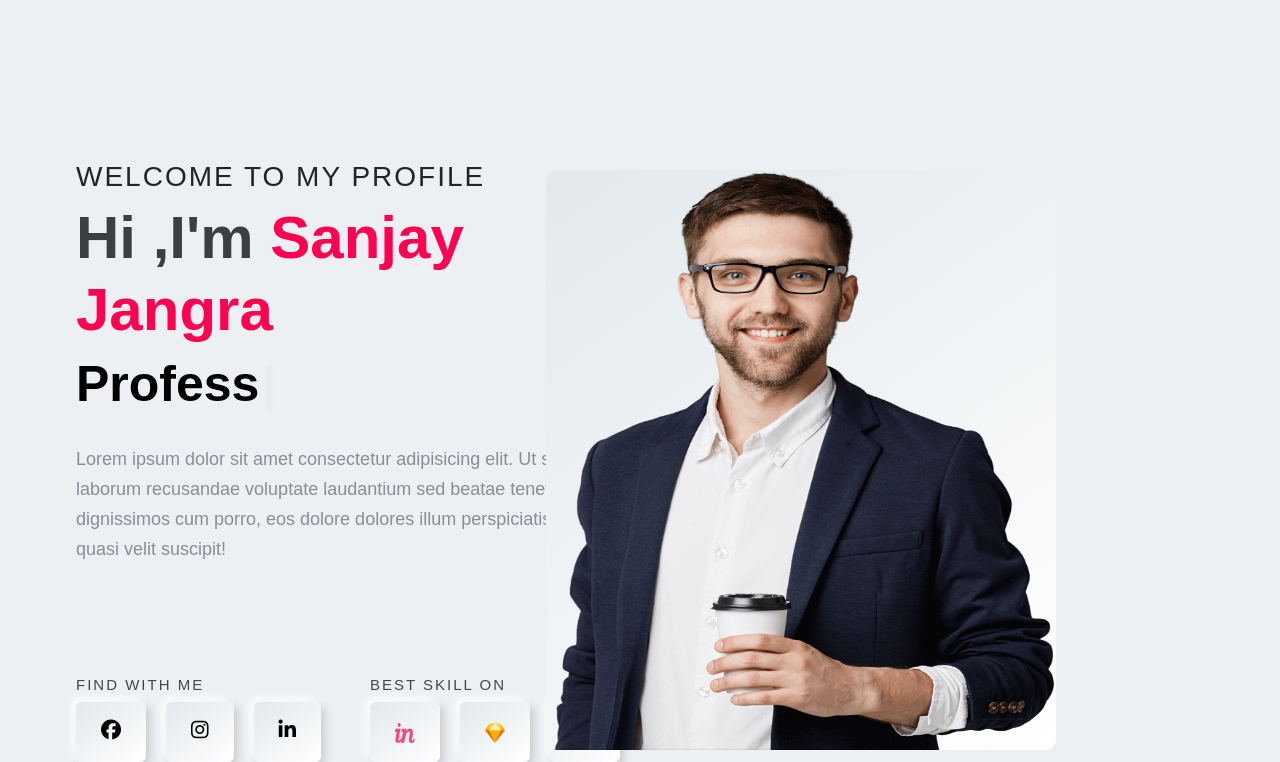
Repository: Sanjayjangra88/PortFolio
Page: /
An editor plug-in stored every save of this project. The page is shown before and after the next save, followed by the edit.
The browser window is 1280 px wide. The pictures show the whole page.
Some web libraries are served in a nearby version. The project was rebuilt for these pictures with package versions that can differ from the ones it lists, and the page was loaded fresh each time. Also part of the build but not shown: src/Components/Header/Header.jsx.

Above is the page before, as saved 2022-09-10 21:28:14.

### public/index.html
<!DOCTYPE html>
<html lang="en">
  <head>
    <meta charset="utf-8" />
    <link rel="icon" href="%PUBLIC_URL%/favicon.ico" />
    <meta name="viewport" content="width=device-width, initial-scale=1" />
    <meta name="theme-color" content="#000000" />
    <meta
      name="description"
      content="Web site created using create-react-app"
    />
    <link rel="apple-touch-icon" href="%PUBLIC_URL%/logo192.png" />
    <!--
      manifest.json provides metadata used when your web app is installed on a
      user's mobile device or desktop. See https://developers.google.com/web/fundamentals/web-app-manifest/
    -->
    <link rel="manifest" href="%PUBLIC_URL%/manifest.json" />
    <link rel="stylesheet" href="https://cdnjs.cloudflare.com/ajax/libs/font-awesome/6.1.1/css/all.min.css" integrity="sha512-KfkfwYDsLkIlwQp6LFnl8zNdLGxu9YAA1QvwINks4PhcElQSvqcyVLLD9aMhXd13uQjoXtEKNosOWaZqXgel0g==" crossorigin="anonymous" referrerpolicy="no-referrer" />

    <!--
      Notice the use of %PUBLIC_URL% in the tags above.
      It will be replaced with the URL of the `public` folder during the build.
      Only files inside the `public` folder can be referenced from the HTML.

      Unlike "/favicon.ico" or "favicon.ico", "%PUBLIC_URL%/favicon.ico" will
      work correctly both with client-side routing and a non-root public URL.
      Learn how to configure a non-root public URL by running `npm run build`.
    -->

    <link rel="manifest" href="%PUBLIC_URL%/manifest.json" />
    <link href="https://cdn.jsdelivr.net/npm/bootstrap@5.0.2/dist/css/bootstrap.min.css" rel="stylesheet" integrity="sha384-EVSTQN3/azprG1Anm3QDgpJLIm9Nao0Yz1ztcQTwFspd3yD65VohhpuuCOmLASjC" crossorigin="anonymous">
    <title>React App</title>
  </head>
  <body>
    <noscript>You need to enable JavaScript to run this app.</noscript>
    <div id="root"></div>
    <script src="https://kit.fontawesome.com/7578c5a215.js" crossorigin="anonymous"></script>
    <!--
      This HTML file is a template.
      If you open it directly in the browser, you will see an empty page.

      You can add webfonts, meta tags, or analytics to this file.
      The build step will place the bundled scripts into the <body> tag.

      To begin the development, run `npm start` or `yarn start`.
      To create a production bundle, use `npm run build` or `yarn build`.
    -->

    <script src="https://cdn.jsdelivr.net/npm/@popperjs/core@2.9.2/dist/umd/popper.min.js" integrity="sha384-IQsoLXl5PILFhosVNubq5LC7Qb9DXgDA9i+tQ8Zj3iwWAwPtgFTxbJ8NT4GN1R8p" crossorigin="anonymous"></script>
<script src="https://cdn.jsdelivr.net/npm/bootstrap@5.0.2/dist/js/bootstrap.min.js" integrity="sha384-cVKIPhGWiC2Al4u+LWgxfKTRIcfu0JTxR+EQDz/bgldoEyl4H0zUF0QKbrJ0EcQF" crossorigin="anonymous"></script>
  </body>
</html>

### src/App.js
import React from 'react'
import Header from './Components/Header/Header';
import "./App.css"
import Home from './Components/Home/Home';
const App = () => {
  return (
    <>
      {/* <Header/> */}
      <Home/>
    </>
  )
}

export default App

### src/App.css
@import url('https://fonts.googleapis.com/css2?family=Dancing+Script&family=EB+Garamond:ital,wght@1,500&family=Roboto+Slab:wght@300&display=swap');
* {
  padding: 0;
  margin: 0;
  box-sizing: border-box;
}
html {
  scroll-behavior: smooth;
}
body {
  font-family: "Poppins", sans-serif;
  background-color: #ecf0f3;
}
.container {
  max-width: 95%;
  margin: auto;
}
.d_flex {
  display: flex;
  justify-content: space-between;
}
.f_flex {
  display: flex;
}
a {
  text-decoration: none;
  color: black;
}
li {
  list-style: none;
}
.uppercase {
  text-transform: uppercase;
}
.capitalize {
  text-transform: capitalize;
}

button {
  border: none;
  outline: none;
  background-color: none;
}

.btn_shadow {
  padding: 18px 25px;
  border-radius: 6px;
  transition: 0.3s all ease;
  cursor: pointer;
  color: #000;
  transition: 0.5s;
}
.btn_shadow {
  background: linear-gradient(145deg, #e2e8ec, #ffffff);
  box-shadow: 4px 4px 8px #cbcbcb, -4px -4px 8px #ffffff;
}
.btn_shadow:hover {
  background: #ff014f;
  color: white;
  transform: translateY(-10px);
}
.box_shodow {
  background: linear-gradient(145deg, #e2e8ec, #ffffff);
  box-shadow: 4px 4px 8px #cbcbcb, -4px -4px 8px #ffffff;
  border-radius: 10px;
}
.row,
.left,
.right {
  width: 50%;
}
.top {
  margin-top: 80px;
}
.mtop {
  margin-top: 40px;
}
.heading {
  margin: 50px 0 50px 0;
}
.heading h4 {
  color: #ff014f;
  letter-spacing: 2px;
  font-weight: 400;
}
.heading h1 {
  font-size: 60px;
  color: #3c3e41;
}
h1 {
  color: #3c3e41;
}
.grid {
  display: grid;
  grid-template-columns: repeat(3, 1fr);
  grid-gap: 35px;
}
p {
  color: #3c3e41;
}
.text-center {
  text-align: center;
}
.primary_color {
  color: #ff014f;
}
textarea,
input {
  width: 100%;
  padding: 20px;
  border-radius: 5px;
  outline: none;
  border: 3px solid #e2e8ec;
  margin-bottom: 20px;
}
/*----------Footer---------*/
footer {
  margin: 20% 0 10% 0;
}
footer p {
  margin-top: 30px;
}
/*----------Footer---------*/
@media (max-width: 768px) {
  .grid {
    grid-template-columns: repeat(2, 1fr);
  }
  .left,
  .right {
    width: 100%;
  }
  }

### src/Components/Home/Home.jsx
import React from 'react'
import skill1 from '../Pic/skill1.png'
import skill2 from '../Pic/skill2.png'
import skill3 from '../Pic/skill3.png'
import hero from '../Pic/hero.png'
import './home.css'
import { Typewriter} from 'react-simple-typewriter'

const Home = () => {
  return (
    <>
      <section className='hero'id='home'>
        <div className="container f_flex top">
            <div className="left top">
                <h3>WELCOME TO MY PROFILE</h3>
                <h1>Hi ,I'm <span>Sanjay Jangra</span></h1>
                <h2>
                    <span>
                    <Typewriter
            words={['Web Developer', 'Professional Coder']}
            loop
            cursor
            cursorStyle='|'
            typeSpeed={70}
            deleteSpeed={50}
            delaySpeed={1000}
            // onLoopDone={handleDone}
            // onType={handleType}
            />
                        </span></h2>
                        <p>
Lorem ipsum dolor sit amet consectetur adipisicing elit. Ut sint a laborum recusandae voluptate laudantium sed beatae tenetur dignissimos cum porro, eos dolore dolores illum perspiciatis. Vero quasi velit suscipit!
                        </p>
                        <div className='hero_btn d_flex'>
                            <div className="col_1">
                                <h4>FIND WITH ME</h4>
                                <div className="button">
                                    <button className='btn_shadow'>
                                        <i className='fab fa-facebook'></i>
                                    </button>
                                    <button className='btn_shadow'>
                                        <i className='fab fa-instagram'></i>
                                    </button>
                                    <button className='btn_shadow'>
                                        <i className='fab fa-linkedin-in'></i>
                                    </button>
                                </div>
                            </div>
                            <div className="col_1">
                                <h4>BEST SKILL ON</h4>
                                <button className='btn_shadow'>
                                        <img src={skill1}alt=''/>
                                    </button>
                                <button className='btn_shadow'>
                                        <img src={skill2}alt=''/>
                                    </button>
                                <button className='btn_shadow'>
                                        <img src={skill3}alt=''/>
                                    </button>
                            </div>
                        </div>
            </div>
            <div className="right">
                <div className="right_img">
                    <img src={hero}alt=''/>
                </div>
            </div>
        </div>
      </section>
    </>
  )
}

export default Home

### src/Components/Header/header.css

*,
*::after,
*::before{
    box-sizing: border-box;
    padding: 0;
    margin: 0;
}

.html{
    font-size: 62.5%;
}

.navbar input[type="checkbox"],
.navbar .hamburger-lines{
    display: none;
}

.container{
    max-width: 1200px;
    width: 90%;
    margin: auto;
}

.navbar{
    box-shadow: 0px 5px 10px 0px #aaa;
    position: fixed;
    width: 100%;
    background: #FAA7B8;
    color: #000;
    opacity: 0.85;
    z-index: 100;
}

.navbar-container{
    display: flex;
    justify-content: space-between;
    height: 64px;
    align-items: center;
}

.menu-items{
    margin-top: 15px;
    order: 2;
    display: flex;
}
.logo{
    order: 1;
    font-size: 2.3rem;
    margin-bottom: 5px;
}

.menu-items li{
    list-style: none;
    margin-left: 1.5rem;
    font-size: 1.3rem;
}

.navbar a{
    color: #444;
    text-decoration: none;
    font-weight: 500;
    transition: color 0.3s ease-in-out;
}

.navbar a:hover{
    color: #117964;
}
.home-btn:hover {
  background: #ff014f;
  color: white;
}


.home-btn {
  padding: 18px 25px;
  height: 1vh;
  line-height: 1vh;
  font-size: 13px;
  border-radius: 6px;
  transition: 0.3s all ease;
  cursor: pointer;
  height: fit-content;
  color: #ff014f;

}
.home-btn {
  background: linear-gradient(145deg, #e2e8ec, #ffffff);
  box-shadow: 4px 4px 8px #cbcbcb, -4px -4px 8px #ffffff;
}
navbar {
  transition: 0.5s;
  font-size: 13px;
  font-weight: 500;
  letter-spacing: 2px;
}





@media (max-width: 900px){
    .navbar{
        opacity: 0.95;
    }

    .navbar-container input[type="checkbox"],
    .navbar-container .hamburger-lines{
        display: block;
    }

    .navbar-container{
        display: block;
        position: relative;
        height: 64px;
    }

    .navbar-container input[type="checkbox"]{
        position: absolute;
        display: block;
        height: 32px;
        width: 30px;
        top: 20px;
        left: 20px;
        z-index: 5;
        opacity: 0;
        cursor: pointer;
    }

    .navbar-container .hamburger-lines{
        display: block;
        height: 28px;
        width: 35px;
        position: absolute;
        top: 20px;
        left: 20px;
        z-index: 2;
        display: flex;
        flex-direction: column;
        justify-content: space-between;
    }

    .navbar-container .hamburger-lines .line{
        display: block;
        height: 4px;
        width: 100%;
        border-radius: 10px;
        background: #333;
    }

    .navbar-container .hamburger-lines .line1{
        transform-origin: 0% 0%;
        transition: transform 0.3s ease-in-out;
    }

    .navbar-container .hamburger-lines .line2{
        transition: transform 0.2s ease-in-out;
    }

    .navbar-container .hamburger-lines .line3{
        transform-origin: 0% 100%;
        transition: transform 0.3s ease-in-out;
    }

    .navbar .menu-items{
        padding-top: 100px;
        background: #fff;
        height: 100vh;
        max-width: 300px;
        transform: translate(-150%);
        display: flex;
        flex-direction: column;
        margin-left: -40px;
        padding-left: 40px;
        transition: transform 0.5s ease-in-out;
        box-shadow:  5px 0px 10px 0px #aaa;
        overflow: scroll;
    }

    .navbar .menu-items li{
        margin-bottom: 1.8rem;
        font-size: 1.1rem;
        font-weight: 500;
    }

    .logo{
        position: absolute;
        top: 10px;
        right: 15px;
        font-size: 2.5rem;

    }

    .navbar-container input[type="checkbox"]:checked ~ .menu-items{
        transform: translateX(0);
    }

    .navbar-container input[type="checkbox"]:checked ~ .hamburger-lines .line1{
        transform: rotate(45deg);
    }

    .navbar-container input[type="checkbox"]:checked ~ .hamburger-lines .line2{
        transform: scaleY(0);
    }

    .navbar-container input[type="checkbox"]:checked ~ .hamburger-lines .line3{
        transform: rotate(-45deg);
    }
    .home-btn:hover {
      background: #ff014f;
      color: white;

    }


    .home-btn {
      padding: 18px 25px;
      height: 1vh;
      line-height: 1vh;
      font-size: 13px;
      border-radius: 6px;
      transition: 0.3s all ease;
      cursor: pointer;
      height: fit-content;
      color: #ff014f;
      margin-right: 25px;

    }
    .home-btn {
      background: linear-gradient(145deg, #e2e8ec, #ffffff);
      box-shadow: 4px 4px 8px #cbcbcb, -4px -4px 8px #ffffff;
    }

}

@media (max-width: 500px){
    .navbar-container input[type="checkbox"]:checked ~ .logo{
        display: none;
    }
}
.demo{
  height: 300vh;
}

### src/Components/Home/home.css
.hero{
    position: relative;

}
.hero h3{
    font-weight: 100;
    letter-spacing: 2px;
}
.hero h1{
    font-size: 60px;
    font-weight: bold;
}
.hero h1 span{
    color: #ff014f;
}
.hero h2{
    font-size: 50px;
    font-weight: bold;
    color: #ff014f;
}
.hero h2 span{
    color: black;
}
.hero p{
    color:#878e99;
    font-size: 18px;
    line-height: 30px;
    margin-top: 30px;
}
.hero_btn{
    margin-top: 20%;
}
/* .hero_btn{
    <element class="hero_btn">
    Selector Specificity:(0,1,0)
} */

.hero_btn h4{
    font-weight: 500;
    letter-spacing: 2px;
    color: #43474b;
    font-size: 15px;
    margin: 30pz 0 30px 0;

}
.hero_btn button{
    margin-right: 20px;
}
.hero_btn i{
    font-size: 20px;
}
.hero_btn button img{
    width: 20px;
    height: 20px;
   }
   .hero .left{
    margin-right: 10px;
   }
.hero .right{
    width: 40%;
    position: relative;
    }
.hero .right img{
    background: linear-gradient(145deg ,#e2e8ec , #ffffff);
    box-shadow: 4px 4px 8px #cbcbcb .4ox -4px 8px #ffffff;
    border-radius: 10px;
    height: 580px;
    width: 510px;
    margin-top: 20%;

}
.hero .right_img img{
    position: absolute;
    top: 0;
    right: 10%;
    width: 510px;

}

Loaded but not shown: src/index.js (common file); src/index.css (common file); src/reportWebVitals.js (common file)

After the next save:
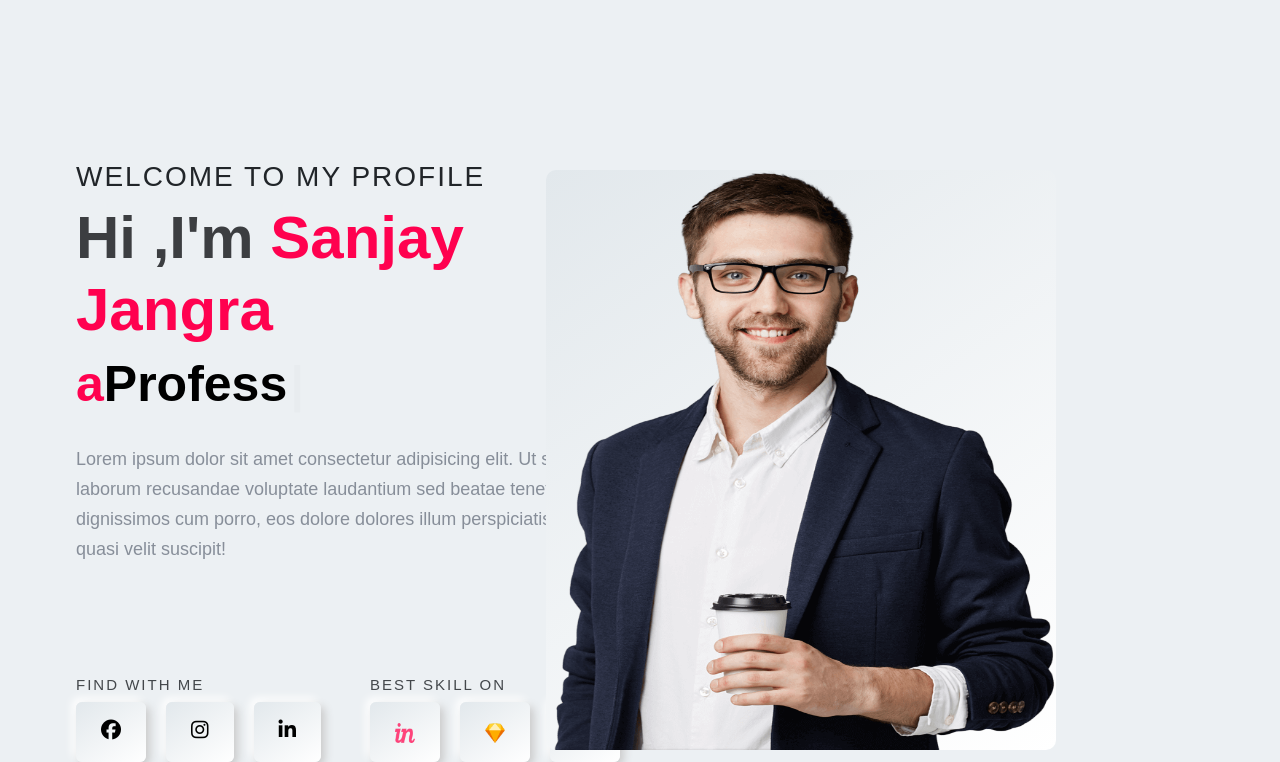
Saved 2 min 28 s later.
--- a/src/Components/Home/Home.jsx
+++ b/src/Components/Home/Home.jsx
@@ -1,9 +1,10 @@
 import React from 'react'
+import './home.css'
+import hero from '../Pic/hero.png'
 import skill1 from '../Pic/skill1.png'
 import skill2 from '../Pic/skill2.png'
 import skill3 from '../Pic/skill3.png'
-import hero from '../Pic/hero.png'
-import './home.css'
+
 import { Typewriter} from 'react-simple-typewriter'
 
 const Home = () => {
@@ -13,8 +14,11 @@ const Home = () => {
         <div className="container f_flex top">
             <div className="left top">
                 <h3>WELCOME TO MY PROFILE</h3>
-                <h1>Hi ,I'm <span>Sanjay Jangra</span></h1>
+                <h1>
+                    Hi ,I'm <span>Sanjay Jangra
+                        </span></h1>
                 <h2>
+                    a
                     <span>
                     <Typewriter
             words={['Web Developer', 'Professional Coder']}
